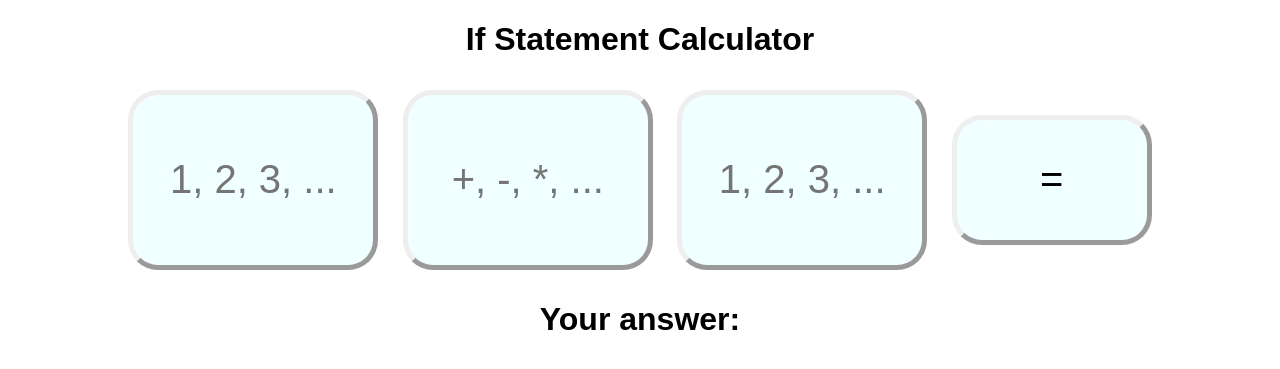
Repository: WesleyErasmus/threeInputCalculator
Page: html/if-calculator.html
The author's editor kept a copy of each file at every save. The page is drawn from the files as they stood at one save, then again after the next save.
The browser window is 1280 px wide. The pictures show the whole page.

Above is the page before, as saved 2022-04-27 22:26:55.

After the next save:
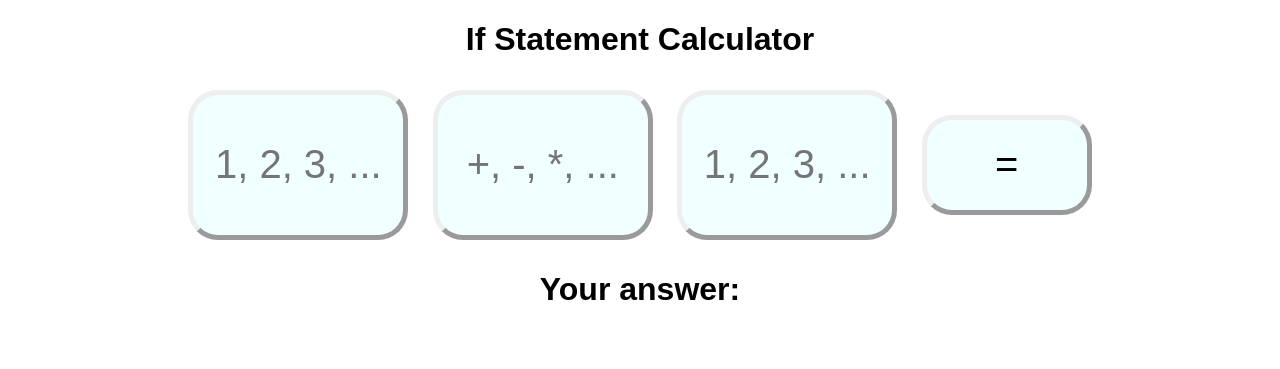
Saved 27 s later.
--- a/css/stylesheet.css
+++ b/css/stylesheet.css
@@ -7,8 +7,8 @@ margin: 0 auto;
 }
 input {
     background-color: azure;
-    width: 200px;
-    height: 130px;
+    width: 170px;
+    height: 100px;
     padding: 20px;
     margin: 10px;
     text-align: center;
@@ -18,8 +18,8 @@ input {
 }
 button {
     background-color: azure;
-    width: 200px;
-    height: 130px;
+    width: 170px;
+    height: 100px;
     padding: 0;
     margin: 10px;
     font-size: 40px;
